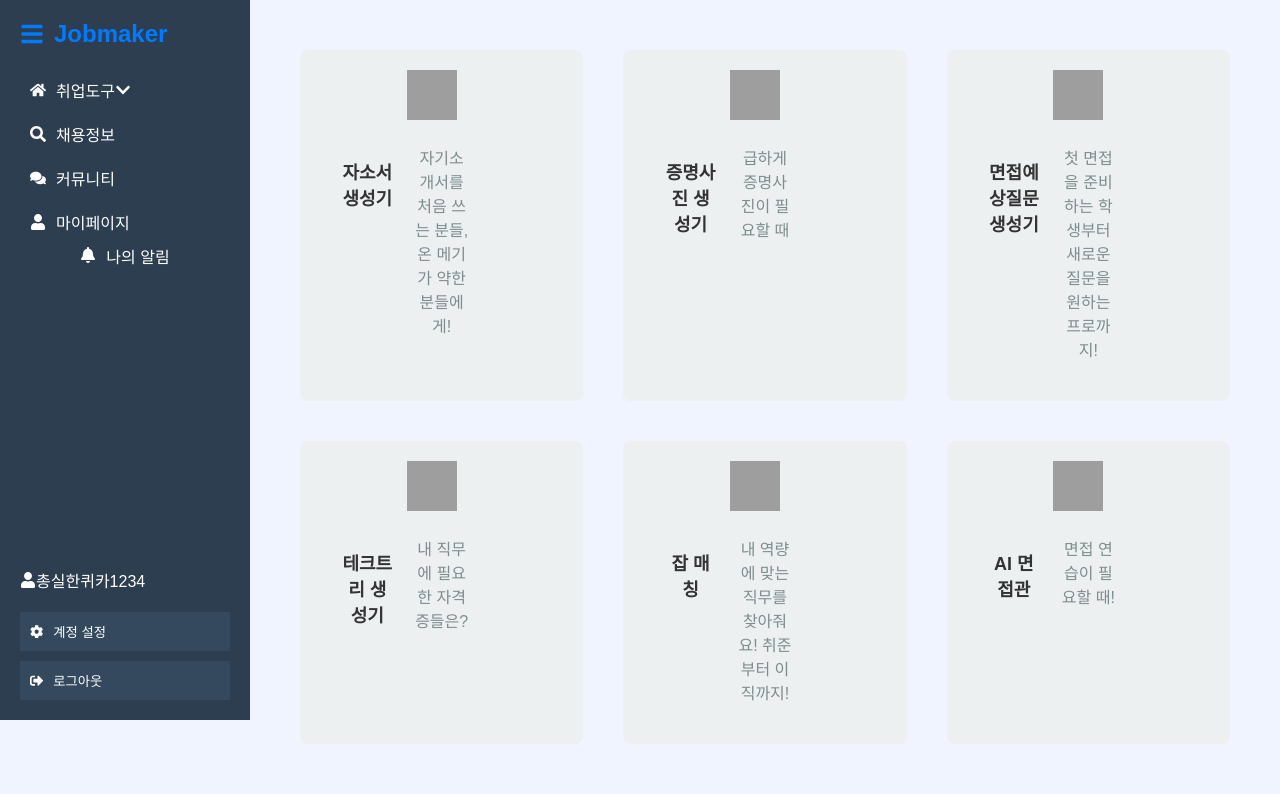
Repository: HSfac/jobmaker
Page: /main
The author's editor kept a copy of each file at every save. The page is drawn from the files as they stood at one save, then again after the next save.
The browser window is 1280 px wide. The pictures show the whole page.
Pictures or frames that could not be fetched are drawn as grey boxes. The project was rebuilt for these pictures with package versions that can differ from the ones it lists, and the page was loaded fresh each time. Also part of the build but not shown: src/components/Header.jsx, src/components/Footer.css, src/components/Footer.jsx, src/pages/LandingPage.jsx, src/pages/InfosPage.jsx, src/pages/CommunityPage.jsx, src/pages/MyPage.jsx, src/components/SocialLoginButton.css and 15 more.

Above is the page before, as saved 2024-07-13 17:48:21.

After the next save:
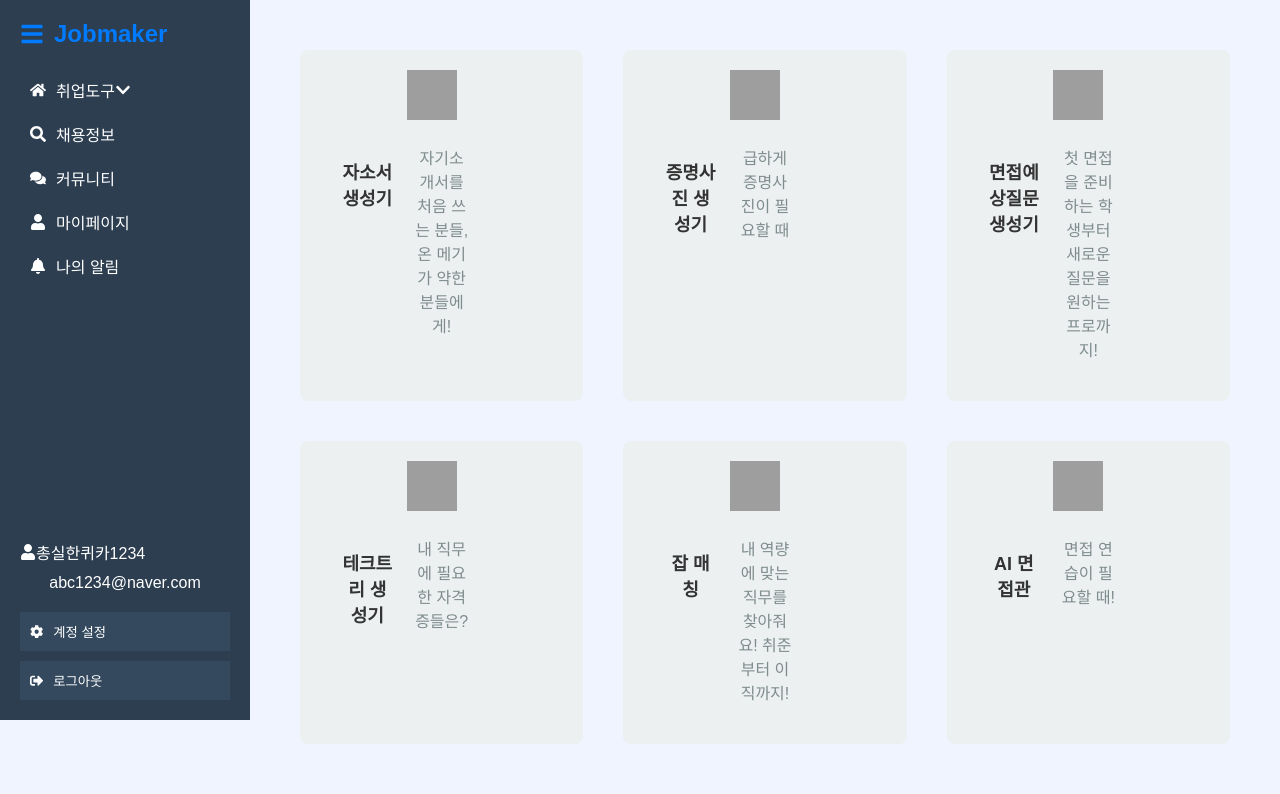
Saved 92 s later.
--- a/src/components/Sidebar.jsx
+++ b/src/components/Sidebar.jsx
@@ -87,7 +87,7 @@ const Sidebar = () => {
             {isOpen && <span>마이페이지</span>}
           </Link>
         </li>
-        <li onClick={toggleModal} style={{ cursor: 'pointer' }}>
+        <li className="menu-item" onClick={toggleModal} style={{ cursor: 'pointer' }}>
           <FaBell />
           {isOpen && <span>나의 알림</span>}
         </li>
@@ -97,6 +97,7 @@ const Sidebar = () => {
           <FaUser />
           {isOpen && <span>총실한퀴카1234</span>}
         </div>
+        {isOpen && <div className="email">abc1234@naver.com</div>}
         <div className="settings">
           <button className="settings-btn">
             <FaCog />
